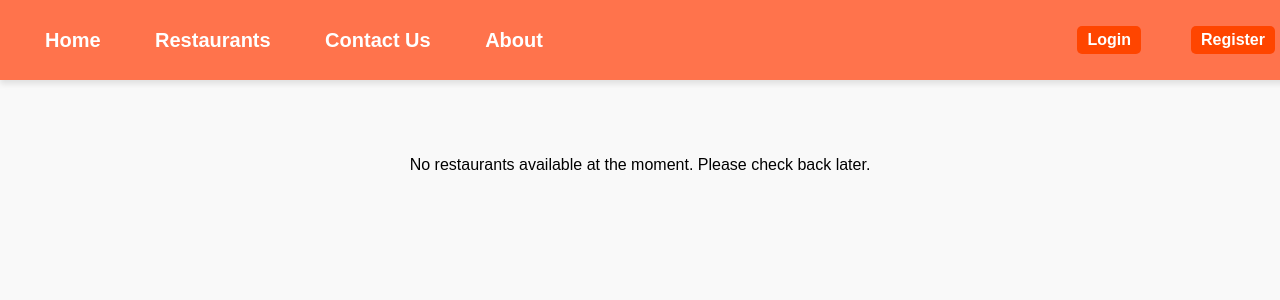
Repository: Sujith-B-S/Food-Application
Page: http://localhost/FoodApplication/home.jsp
These files come from the project's save history. The page is drawn as it stood at one moment and after the next save; the edit follows.
The browser window is 1280 px wide. The pictures show the whole page.
Some web fonts or font styles are not loaded; a fallback is used. The page is served by Tomcat 9. Other server files are loaded and not shown.

Above is the page before, as saved 2024-11-16 06:24:55.

### FoodApplication/src/main/webapp/home.jsp
<%@ page language="java" contentType="text/html; charset=UTF-8" pageEncoding="UTF-8"%>
<%@ page import="com.sg.restaurantpojo.Restaurant" %>
<%@ page import="java.util.List" %>
<%@ page import="com.sg.userpojo.User" %>
<!DOCTYPE html>
<html lang="en">
<head>
    <meta charset="UTF-8">
    <meta name="viewport" content="width=device-width, initial-scale=1.0">
    <title>Home - Food Application</title>
    <style>
        /* Google Font */
        @import url('https://fonts.googleapis.com/css2?family=Nunito+Sans:wght@400;600;700&display=swap');

		html{
			scroll-behavior: smooth;
		}
        body {
            margin: 0;
            font-family: 'Nunito Sans', sans-serif;
            background-color: #f9f9f9;

        }

        /* Navbar Styling */
        .navbar {
            position: fixed;
            top: 0;
            width: 100%;
            height:50px;
            background-color: #FF734C;
            display: flex;
            justify-content: space-between;
            align-items: center;
            padding: 15px 20px;
            box-shadow: 0 4px 6px rgba(0, 0, 0, 0.1);
            z-index: 1000;
        }

        .navbar a {
            color: white;
            text-decoration: none;
            font-size: 20px;
            margin: 0 25px;
            font-weight: 600;
        }

        .navbar a:hover {
            color: #ffebcd;
        }

        .user-info {
            display: flex;
            align-items: center;
        }

        .user-info p {
            margin: 0 15px 0 0;
            color: white;
            font-size: 18px;
        }

        .user-info a {
            color: #fff;
            padding: 5px 10px;
            border-radius: 5px;
            background-color: #ff4500;
            font-size: 16px;
            text-decoration: none;
        }

        .user-info a:hover {
            background-color: #ff3300;
        }

        /* Page Container */
        .container {
            margin-top: 120px;
            display: flex;
            flex-wrap: wrap;
            gap: 20px;
            justify-content: center;
            padding: 20px;
            text-align: center;
        }

        /* Card Design */
        .card {
            width: 300px;
            border: 1px solid #ddd;
            border-radius: 10px;
            background-color: #fff;
            box-shadow: 0 4px 8px rgba(0, 0, 0, 0.1);
            overflow: hidden;
            transition: transform 0.3s ease, box-shadow 0.3s ease;
        }

        .card:hover {
            transform: scale(1.05);
            box-shadow: 0 6px 12px rgba(0, 0, 0, 0.2);
        }

        .card img {
            width: 100%;
            height: 200px;
            object-fit: cover;
        }

        .card-content {
            padding: 15px;
        }

        .card-content h3 {
            font-size: 1.5rem;
            color: #333;
            margin: 10px 0;
        }

        .card-content p {
            font-size: 0.9rem;
            color: #666;
            margin: 5px 0;
        }

        .card-content button {
            margin-top: 10px;
            padding: 10px 20px;
            font-size: 16px;
            color: white;
            background-color: #FF734C;
            border: none;
            border-radius: 5px;
            cursor: pointer;
            transition: background-color 0.3s ease;
        }

        .card-content button:hover {
            background-color: #ff3d00;
        }

        /* Responsive Adjustments */
        @media (max-width: 769px) {
            .card {
                width: 90%;
            }

            .navbar a {
                font-size: 18px;
            }
        }

        @media (max-width: 480px) {
            .navbar a {
                font-size: 16px;
            }

            .user-info a {
                font-size: 14px;
            }
        }
    </style>
</head>
<body>
    <!-- Navbar -->
    <div class="navbar">
        <div>
            <a href="home.jsp">Home</a>
            <a href="restaurants.jsp">Restaurants</a>
            <a href="contact.jsp">Contact Us</a>
            <a href="about.jsp">About</a>
        </div>
        <div class="user-info">
            <%
                User user = (User) session.getAttribute("loggedInUser");
                if (user != null) {
            %>
                <p>Welcome, <%= user.getUsername() %></p>
                <a href="login.jsp">Logout</a>
            <%
                } else {
            %>
                <a href="login.jsp">Login</a>
                <a href="register.jsp">Register</a>
            <%
                }
            %>
        </div>
    </div>

    <!-- Restaurant Cards -->
    <div class="container">
        <%
            List<Restaurant> resList = (List<Restaurant>) session.getAttribute("resList");
            if (resList != null) {
                for (Restaurant res : resList) {
        %>
        <div class="card">
            <img src="<%= res.getImage() %>" alt="Restaurant">
            <div class="card-content">
                <h3><%= res.getName() %></h3>
                <p><strong>Cuisine:</strong> <%= res.getCuisineType() %></p>
                <p><strong>Address:</strong> <%= res.getAddress() %></p>
                <p><strong>Ratings:</strong> <%= res.getRatings() %></p>
                <p><strong>Delivery Time:</strong> <%= res.getDeliverTime() %> mins</p>
                <p><strong>Available:</strong> <%= res.getIsActive() ? "Yes" : "No" %></p>
                <a href="ShowMenu?restaurantId=<%= res.getRestaurantId() %>">
                    <button>View Menu</button>
                </a>
            </div>
        </div>
        <%
                }
            } else {
        %>
        <p>No restaurants available at the moment. Please check back later.</p>
        <%
            }
        %>
    </div>
</body>
</html>

After the next save:
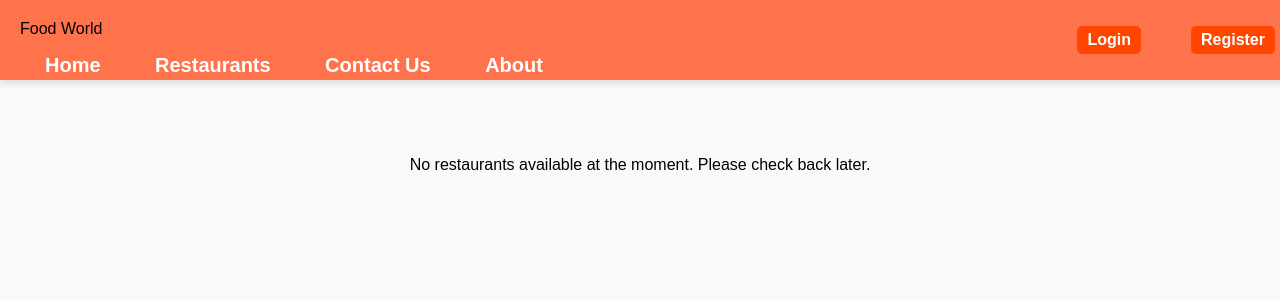
Saved 11 h 16 min later.
--- a/FoodApplication/src/main/webapp/home.jsp
+++ b/FoodApplication/src/main/webapp/home.jsp
@@ -164,6 +164,7 @@
     <!-- Navbar -->
     <div class="navbar">
         <div>
+        	<p>Food World</p>
             <a href="home.jsp">Home</a>
             <a href="restaurants.jsp">Restaurants</a>
             <a href="contact.jsp">Contact Us</a>
